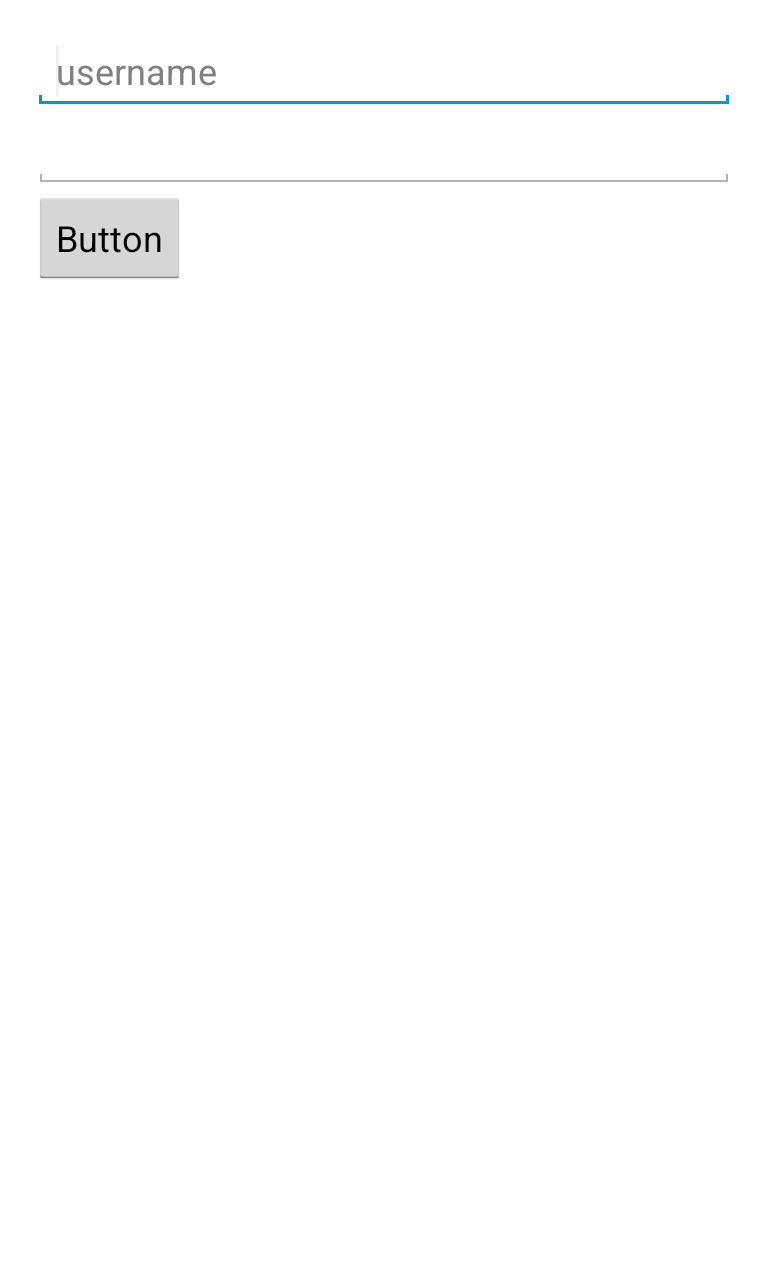
Repository: DongHuaLu/android
Layout: 18Get/res/layout/activity_main.xml
The author's editor kept a copy of each file at every save. The layout is drawn from the files as they stood at one save, then again after the next save.
It is drawn on a 768 x 1280 px phone screen (xhdpi) without system bars, with theme AppTheme; the app's code is not run.

Above is the layout before, as saved 2013-08-26 06:45:18.

After the next save:
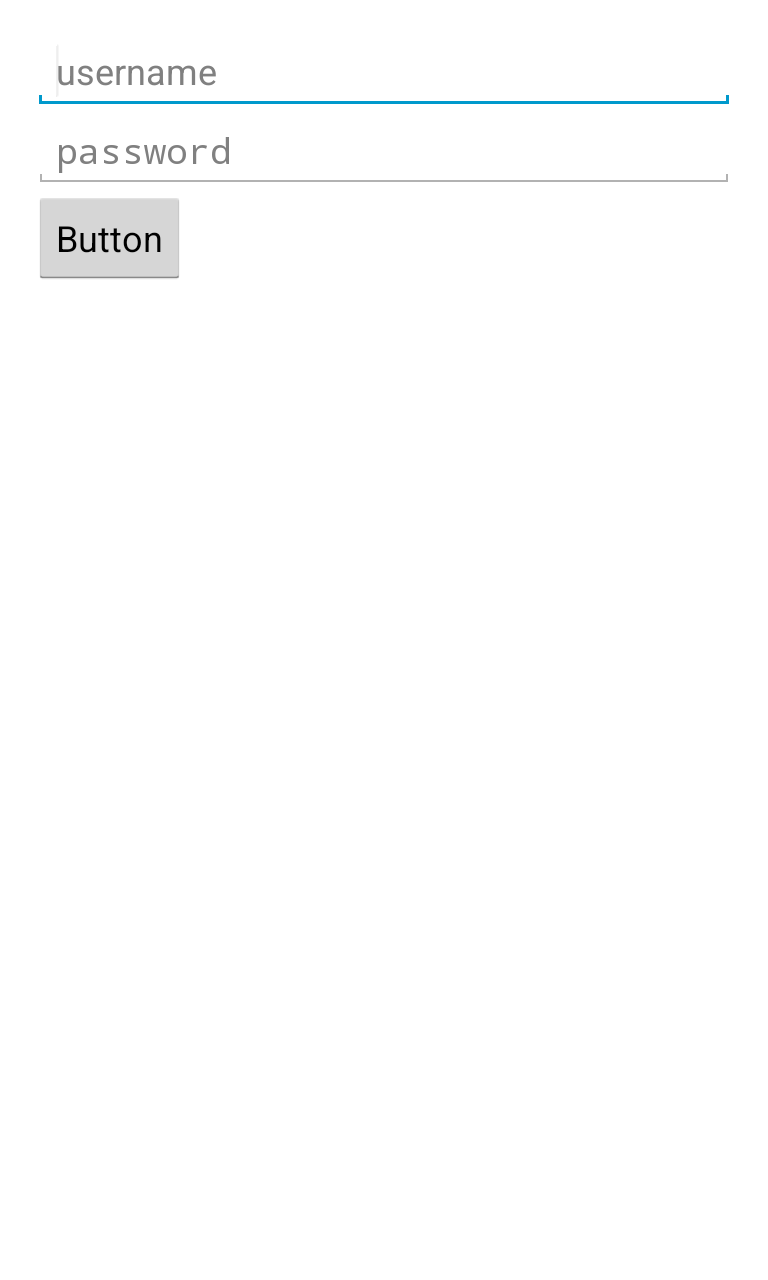
Saved 9 s later.
--- a/18Get/res/layout/activity_main.xml
+++ b/18Get/res/layout/activity_main.xml
@@ -24,6 +24,7 @@
         android:layout_width="match_parent"
         android:layout_height="wrap_content"
         android:ems="10"
+        android:hint="password"
         android:inputType="textPassword" />
 
     <Button
